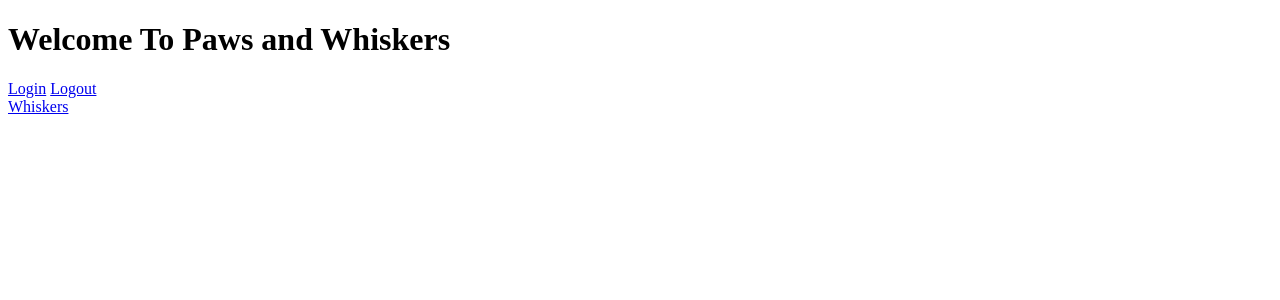
Repository: vimala-pydi/spring-pawsandwhiskers
Page: src/main/webapp/index.html
These files come from the project's save history. The page is drawn as it stood at one moment and after the next save; the edit follows.
The browser window is 1280 px wide. The pictures show the whole page.

Above is the page before, as saved 2023-08-14 17:56:13.
Console error: ReferenceError: loadImages is not defined

After the next save:
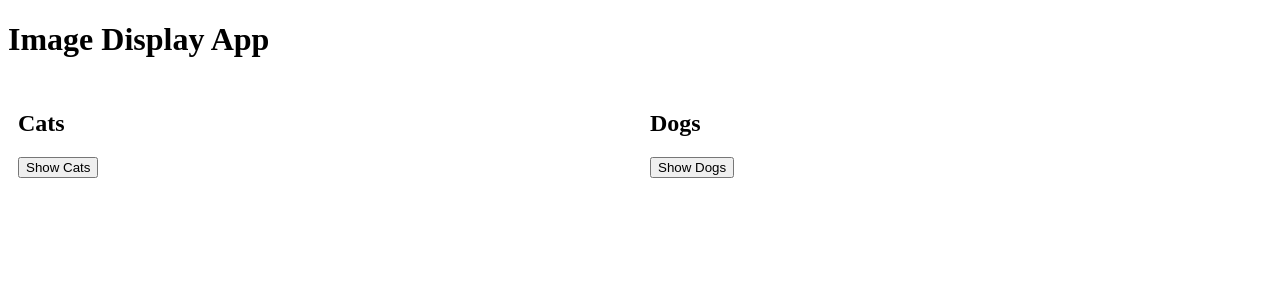
The error is gone.
Saved 28 h 59 min later.
--- a/src/main/webapp/index.html
+++ b/src/main/webapp/index.html
@@ -1,43 +1,24 @@
 <!DOCTYPE html>
 <html>
+<head>
+    <title>Image Display App</title>
+</head>
+<body>
+    <h1>Image Display App</h1>
 
-<head>
-	<meta charset="ISO-8859-1">
-	<title>Welcome To Paws and Whiskers Web Application !!</title>
-	<script>
-	          function showImages(data) {
-
-					let dogs = data.dogs;
-					let cats = data.cats;
-
-					let dogHtml = '';
-					dogs.forEach(url => {
-						dogHtml += `<img src="${url}">`;
-					});
-
-					let catHtml = '';
-					// Build catHtml
-
-					document.getElementById('dogs').innerHTML = dogHtml;
-					document.getElementById('cats').innerHTML = catHtml;
-
-				}
-	</script>
-</head>
-
-<body onload="loadImages()">
-	<h1>Welcome To Paws and Whiskers</h1>
-	<div id="auth">
-		<a href="login.html">Login</a>
-		<a href="LogoutServlet">Logout</a>
-	</div>
-	<div id="gallery">
-
-		<div id="dogs"></div>
-
-		<a href="cats.html">Whiskers</a>
-
-	</div>
+    <form action="/ImageDisplayServlet" method="GET">
+        <div style="display: flex; justify-content: space-between;">
+            <div style="flex: 1; padding: 10px;">
+                <h2>Cats</h2>
+                <input type="hidden" name="category" value="cats">
+                <input type="submit" value="Show Cats">
+            </div>
+            <div style="flex: 1; padding: 10px;">
+                <h2>Dogs</h2>
+                <input type="hidden" name="category" value="dogs">
+                <input type="submit" value="Show Dogs">
+            </div>
+        </div>
+    </form>
 </body>
-
 </html>
